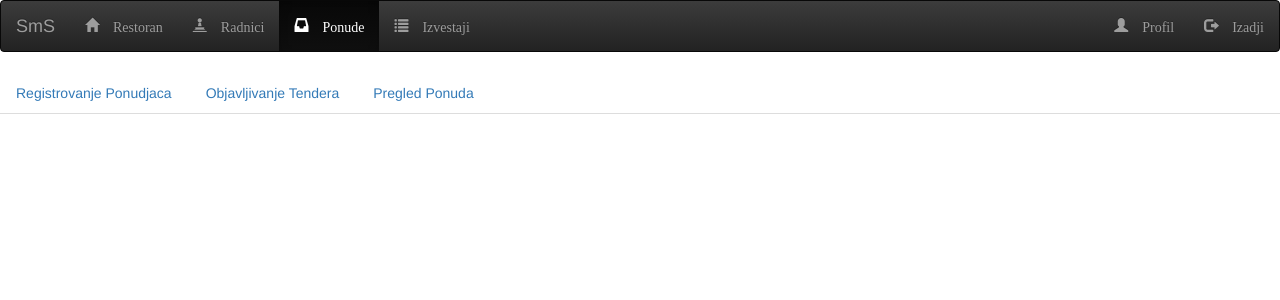
Repository: milanadam94/ISA-2016
Page: jpa-example/src/main/webapp/RestaurantManager/RestaurantManagerOfferers.html
An editor plug-in stored every save of this project. The page is shown before and after the next save, followed by the edit.
The browser window is 1280 px wide. The pictures show the whole page.
Some web libraries are served in a nearby version.

Above is the page before, as saved 2017-03-01 08:36:08.

After the next save:
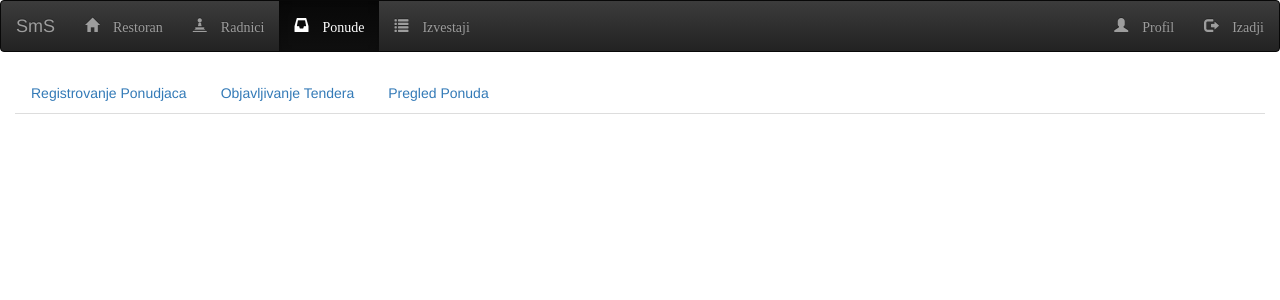
Saved 67 s later.
--- a/jpa-example/src/main/webapp/RestaurantManager/RestaurantManagerOfferers.html
+++ b/jpa-example/src/main/webapp/RestaurantManager/RestaurantManagerOfferers.html
@@ -48,14 +48,18 @@
 	</nav>
 
 	<div>
-		<div class="form-group">
+
+	<nav clas="navbar navbar-default">
+			<div class="container-fluid">
+			<div class="form-group">
 			<ul class="nav nav-tabs">
 				<li><a ng-click="registracija()">Registrovanje Ponudjaca</a>
 				<li><a ng-click="objavljivanje()">Objavljivanje Tendera</a>
 				<li><a ng-click="pregled()">Pregled Ponuda</a>
 			</ul>
 		</div>
-
+		</div>
+	</nav>
 
 		<!--  REGISTRACIJA  -->
 		<!--  ====================================================== -->
